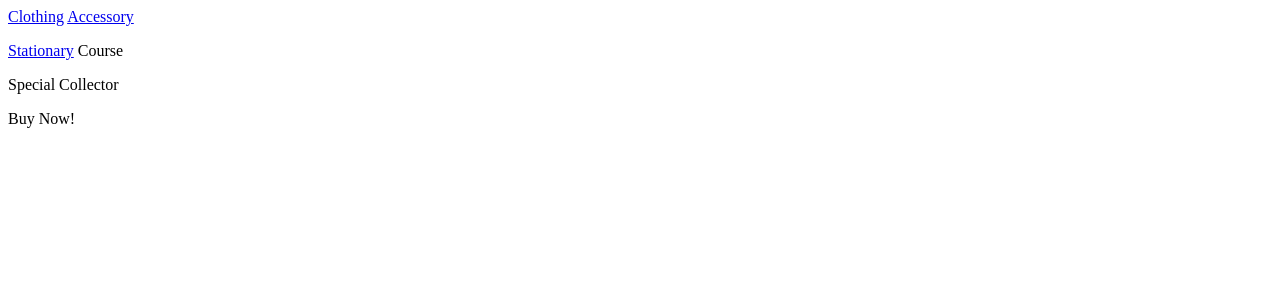
Repository: TuanTram2401/RMIT-Website
Page: index.html
An editor plug-in stored every save of this project. The page is shown before and after the next save, followed by the edit.
The browser window is 1280 px wide. The pictures show the whole page.

Above is the page before, as saved 2024-11-05 11:02:43.

### index.html
<html lang = "eng">
<head>
    <meta charset="UTF-8">
    <meta name="viewport" content="width=device-width,intial-scale=1.0">
    <title>RMIT Store</title>
</head>
<main>
    <body>
        <a href="index.html"img="src=./assets/images/slider.jpg"alt="RMIT-logo"width="300"></a>
        <a href="https://www.campusstore.rmit.edu.au/collections/clothing">Clothing</a>
        <a href="https://www.campusstore.rmit.edu.au/collections/Accessory">Accessory</p>
        <a href="https://www.campusstore.rmit.edu.au/collections/Stationary">Stationary</a>
        <a hre="https://www.campusstore.rmit.edu.au/collections/course">Course</a>
        <p>Special Collector</p>
        <p>Buy Now!</p>
    </body>
</main>






</html>

After the next save:
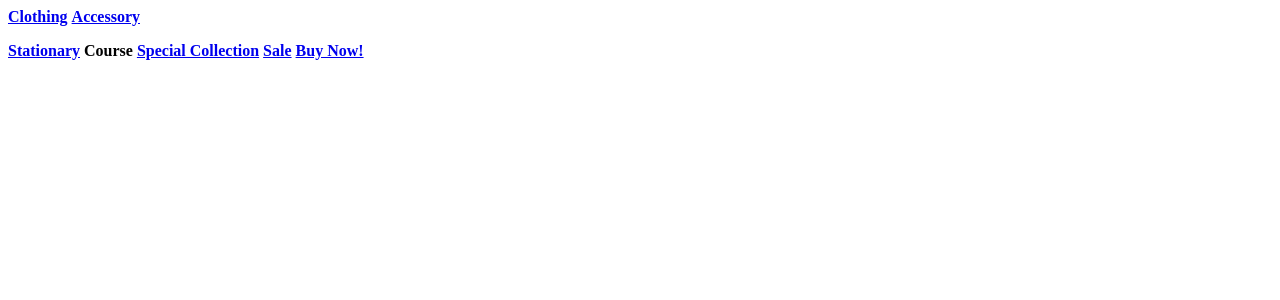
Saved 42 min 50 s later.
--- a/index.html
+++ b/index.html
@@ -7,12 +7,13 @@
 <main>
     <body>
         <a href="index.html"img="src=./assets/images/slider.jpg"alt="RMIT-logo"width="300"></a>
-        <a href="https://www.campusstore.rmit.edu.au/collections/clothing">Clothing</a>
-        <a href="https://www.campusstore.rmit.edu.au/collections/Accessory">Accessory</p>
-        <a href="https://www.campusstore.rmit.edu.au/collections/Stationary">Stationary</a>
-        <a hre="https://www.campusstore.rmit.edu.au/collections/course">Course</a>
-        <p>Special Collector</p>
-        <p>Buy Now!</p>
+        <a href="https://www.campusstore.rmit.edu.au/collections/clothing"><strong>Clothing</strong></a>
+        <a href="https://www.campusstore.rmit.edu.au/collections/Accessory"><strong>Accessory</strong></p>
+        <a href="https://www.campusstore.rmit.edu.au/collections/Stationary"><strong>Stationary</strong></a>
+        <a hre="https://www.campusstore.rmit.edu.au/collections/course"><strong>Course</strong></a>
+        <a href="https://www.campusstore.rmit.edu.au/collections/special-collection"><strong>Special Collection</strong></a>
+        <a href="https://www.campusstore.rmit.edu.au/collections/sale"><strong>Sale</strong></a>
+        <a href="#item-list"><strong>Buy Now!</strong></a>
     </body>
 </main>
 
